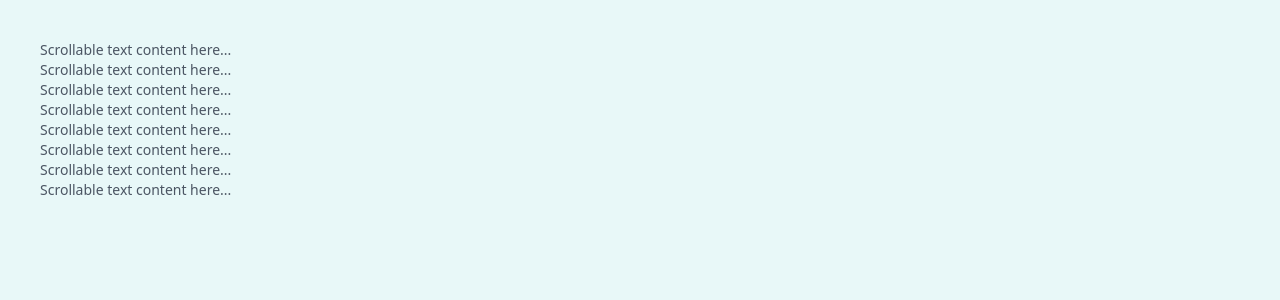
Repository: trusha97/postpilot
Page: scroll.html
The author's editor kept a copy of each file at every save. The page is drawn from the files as they stood at one save, then again after a run of saves.
The browser window is 1280 px wide. The pictures show the whole page.
Some web libraries are served in a nearby version.

Above is the page before, as saved 2025-05-19 10:29:35.

### scroll.html
<!DOCTYPE html>
<html lang="en">
<head>
  <meta charset="UTF-8" />
  <meta name="viewport" content="width=device-width, initial-scale=1.0"/>
  <title>Custom Left Scroll</title>
  <script src="https://cdn.tailwindcss.com"></script>
  <style>
    /* Left side custom scrollbar */
    .left-scroll::-webkit-scrollbar {
      width: 6px;
    }

    .left-scroll::-webkit-scrollbar-track {
      background: #A0CDCD;
    }

    .left-scroll::-webkit-scrollbar-thumb {
      background-color: #2E2F35;
      border-radius: 10px;
    }

    .left-scroll {
      direction: rtl;
    }

    .left-scroll > * {
      direction: ltr;
    }
  </style>
</head>
<body class="bg-[#e8f8f8] p-10">

  <div class="flex space-x-4 h-40">
    <div class="overflow-y-auto h-full flex w-full left-scroll ">
      <div class="text-sm text-gray-600 pr-2 w-full">
        Scrollable text content here... <br />
        Scrollable text content here... <br />
        Scrollable text content here... <br />
        Scrollable text content here... <br />
        Scrollable text content here... <br />
        Scrollable text content here... <br />
        Scrollable text content here... <br />
        Scrollable text content here... <br />
        Scrollable text content here... <br />
        Scrollable text content here... <br />
        Scrollable text content here... <br />
        Scrollable text content here... <br />
        Scrollable text content here... <br />
        Scrollable text content here... <br />
        Scrollable text content here... <br />
        Scrollable text content here... <br />
        Scrollable text content here... <br />
      </div>

    </div>
  </div>

</body>
</html>

After the next 2 saves:
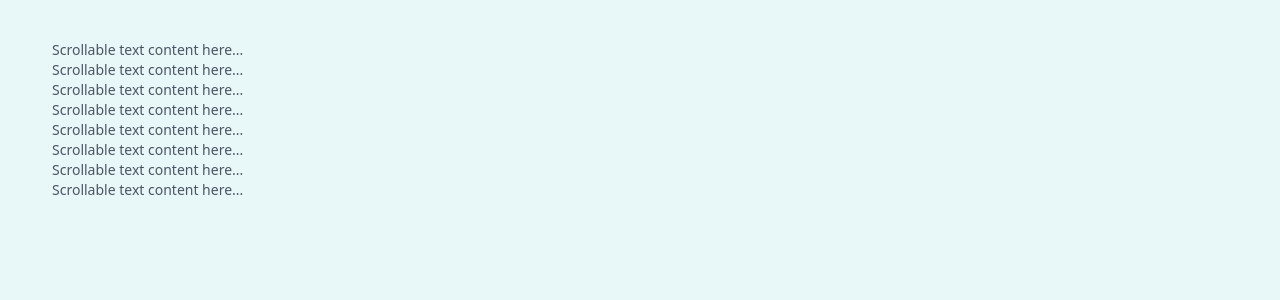
The 2 saves are shown as one change because they came seconds apart.
The last was saved 75 s later.
--- a/scroll.html
+++ b/scroll.html
@@ -33,7 +33,7 @@
 
   <div class="flex space-x-4 h-40">
     <div class="overflow-y-auto h-full flex w-full left-scroll ">
-      <div class="text-sm text-gray-600 pr-2 w-full">
+      <div class="text-sm text-gray-600 pr-2 w-full ms-3">
         Scrollable text content here... <br />
         Scrollable text content here... <br />
         Scrollable text content here... <br />
